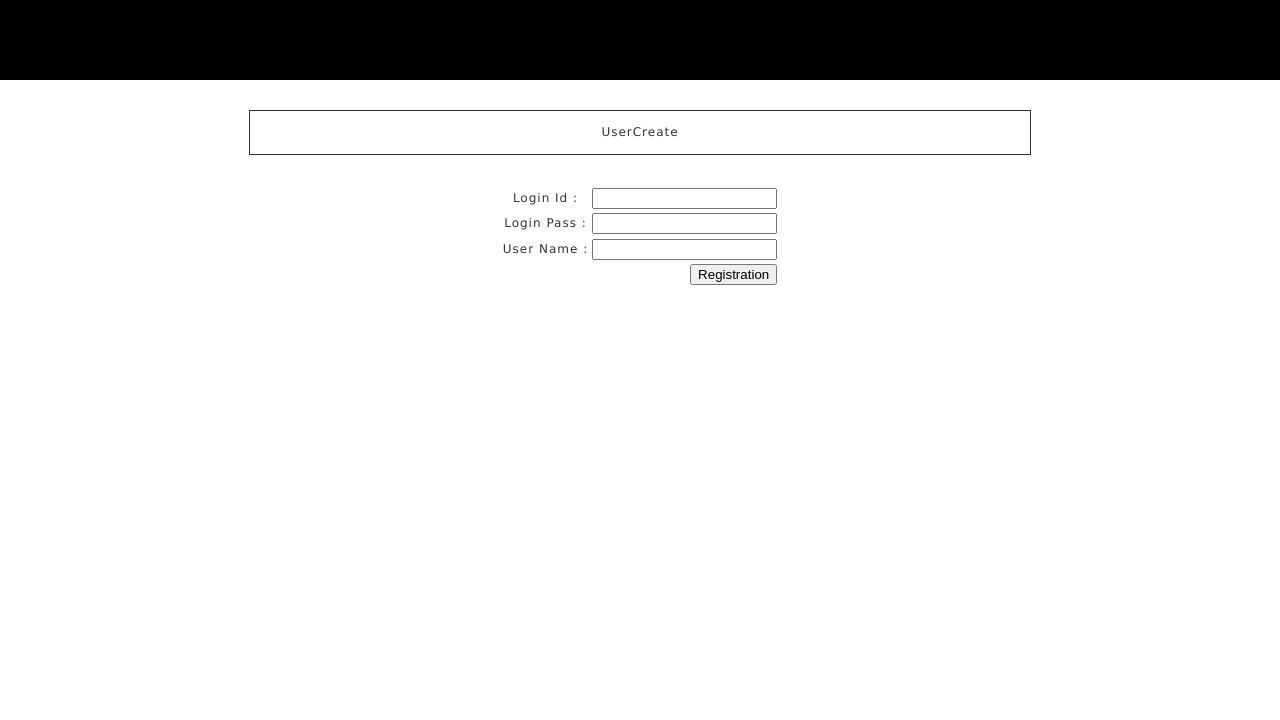
Repository: user-yo-yo/test
Page: http://localhost/ecsite2/userCreate.jsp
The author's editor kept a copy of each file at every save. The page is drawn from the files as they stood at one save, then again after the next save.
The browser window is 1280 px wide. The pictures show the whole page.
The page is served by Tomcat 9. Other server files are loaded and not shown.

Above is the page before, as saved 2019-03-19 04:30:29.

### ecsite2/WebContent/userCreate.jsp
<%@ page language="java" contentType="text/html; charset=UTF-8"
	pageEncoding="UTF-8"%>
<%@ taglib prefix="s" uri="/struts-tags"%>
<!DOCTYPE html>
<html>
<head>
<meta http-equiv="Content-Type" content="text/html; charset=UTF-8" />
<meta http-equiv="Content-Style-Type" content="text/css" />
<meta http-equiv="Content-Script-Type" content="text/javascript" />
<meta http-equiv="imagetoolbar" content="no" />
<meta name="description" content="" />
<meta name="keywords" content="" />
<title>Home画面</title>

<style type="text/css">
/* ========TAG LAYOUT======== */
body {
	margin: 0;
	padding: 0;
	line-height: 1.6;
	letter-spacing: 1px;
	font-family: Verdana, Helvetica, sans-serif;
	font-size: 12px;
	color: #333;
	background: #fff;
}

table {
	text-align: center;
	margin: 0 auto;
}

/* ========ID LAYOUT======== */
#top {
	width: 780px;
	margin: 30px auto;
	border: 1px solid #333;
}

#header {
	width: 100%;
	height: 80px;
	background-color: black;
}

#main {
	width: 100%;
	height: 500px;
	text-align: center;
}

#footer {
	width: 100%;
	height: 80px;
	background-color: black;
	clear: both;
}

#text-center {
	display: inline-block;
	text-align: center;
}
</style>
</head>
<body>
	<div id="header">
		<div id="pr">
		</div>
	</div>

	<div id="main">
		<div id="top">
			<p>UserCreate</p>
		</div>
		<div>
			<s:if test="errorMessage != ''">
				<s:property value="errorMessage" escape="false"/>
			</s:if>
			<table>
				<s:form action="UserCreateConfirmAction">
					<tr>
						<td>
							<label>Login Id :</label>
						</td>
						<td>
							<input type="text" name="loginUserId" value=""/>
						</td>
					</tr>
					<tr>
						<td>
							<label>Login Pass :</label>
						</td>
						<td>
							<input type="text" name="loginPassword" value=""/>
						</td>
					</tr>
					<tr>
						<td>
							<label>User Name :</label>
						</td>
						<td>
							<input type="text" name="userName" value=""/>
						</td>
					</tr>
					<s:submit value="Registration" />
				</s:form>
			</table>
		</div>
	</div>


</body>
</html>

After the next save:
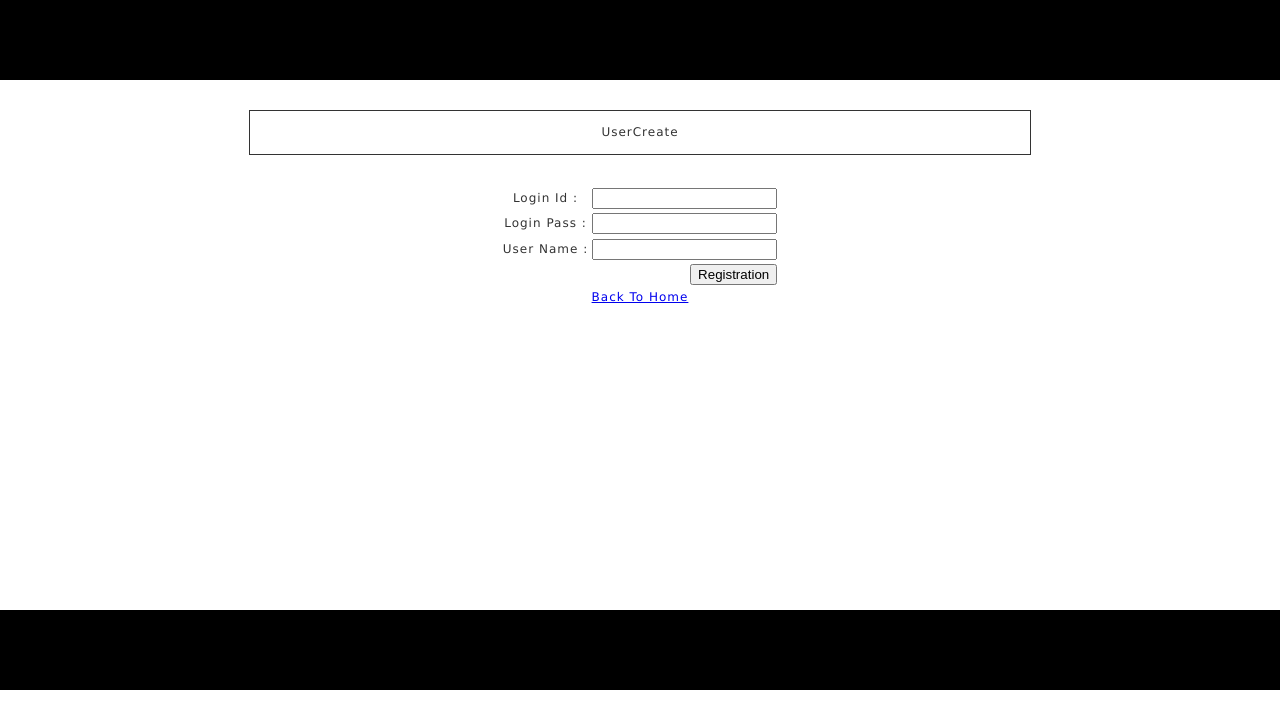
Saved 104 s later.
--- a/ecsite2/WebContent/userCreate.jsp
+++ b/ecsite2/WebContent/userCreate.jsp
@@ -105,6 +105,13 @@
 					<s:submit value="Registration" />
 				</s:form>
 			</table>
+			<div>
+				<a href='<s:url action="HomeAction" />'>Back To Home</a>
+			</div>
+		</div>
+	</div>
+	<div id="footer">
+		<div id="pr">
 		</div>
 	</div>
 
